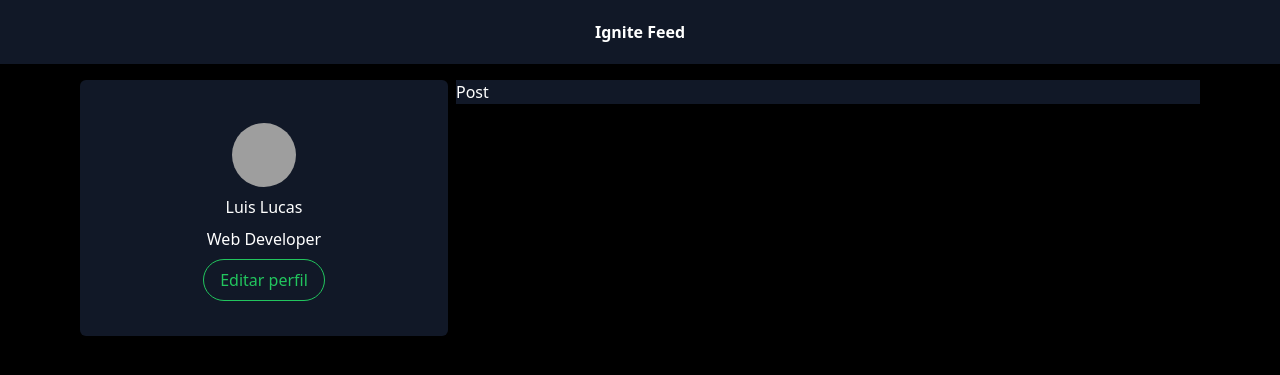
Repository: LuisSempre/ignite-feed
Page: /
The author's editor kept a copy of each file at every save. The page is drawn from the files as they stood at one save, then again after the next save.
The browser window is 1280 px wide. The pictures show the whole page.
Pictures or frames that could not be fetched are drawn as grey boxes. The project was rebuilt for these pictures with package versions that can differ from the ones it lists, and the page was loaded fresh each time. Also part of the build but not shown: vite.config.js.

Above is the page before, as saved 2022-07-13 22:43:56.

After the next save:
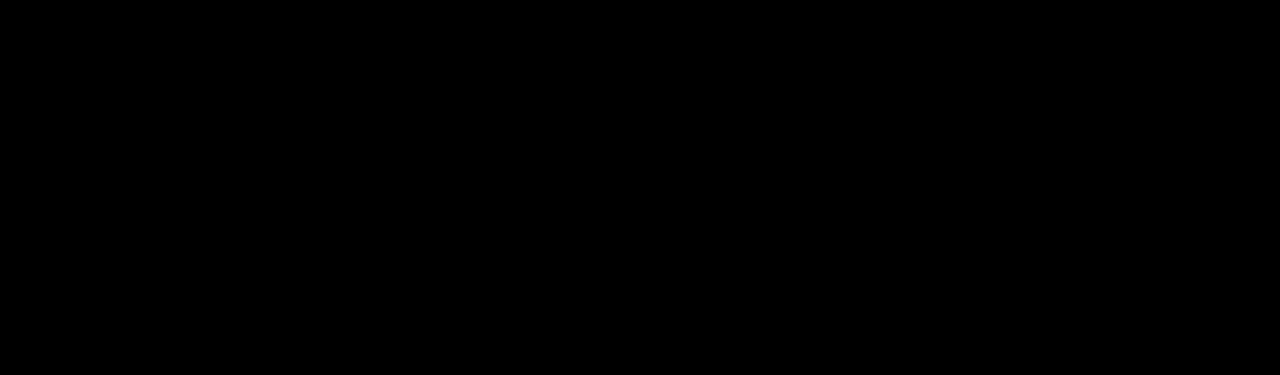
Console error: ReferenceError: Post is not defined
Saved 8 s later.
--- a/src/App.jsx
+++ b/src/App.jsx
@@ -7,7 +7,7 @@
       <div className="max-w-6xl mx-auto p-4 grid grid-cols-3 gap-2 items-start">
         <Sidebar />
         <div className="bg-gray-900 col-span-2">
-         Post
+         <Post />
         </div>
       </div>
     </div>

After the save that followed:
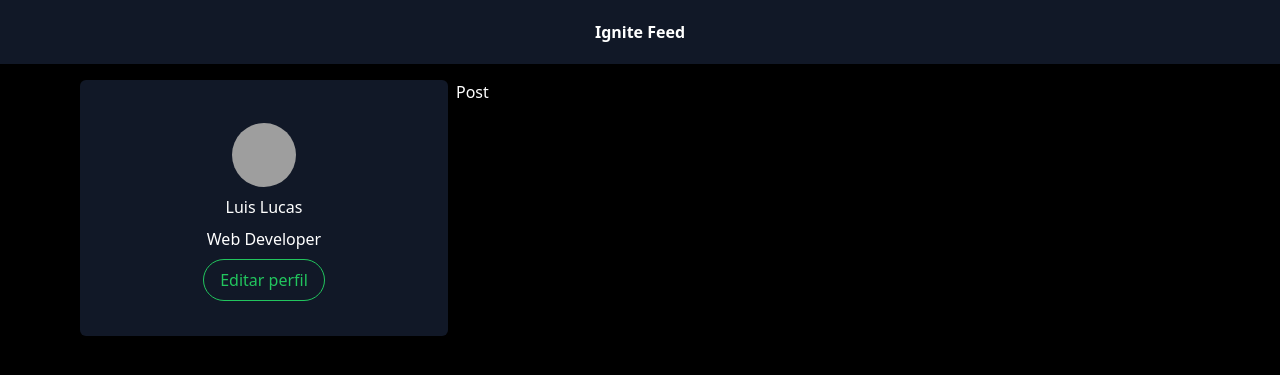
The error is gone.
Saved 19 s later.
--- a/src/App.jsx
+++ b/src/App.jsx
@@ -1,5 +1,6 @@
 import { Header } from "./Components/Header"
 import { Sidebar } from "./Components/Sidebar"
+import { Post } from "./Components/Post"
 function App() {
   return (
     <div>
